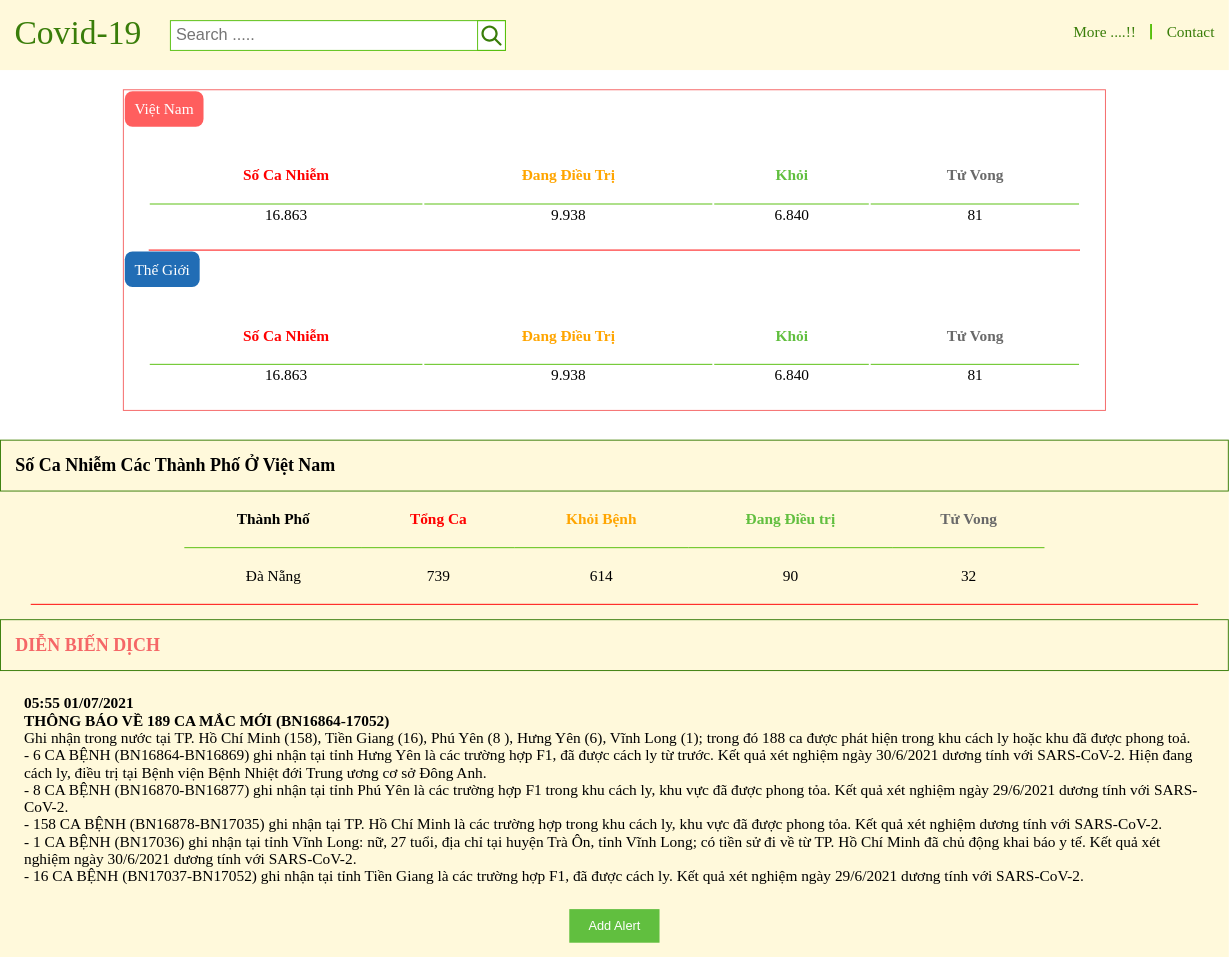
Repository: thuongton98/Covid
Page: html-css-js/index.html
These files come from the project's save history. The page is drawn as it stood at one moment and after the next save; the edit follows.
The browser window is 1280 px wide. The pictures show the whole page, at 96% of full size.

Above is the page before, as saved 2021-07-01 10:31:51.

### html-css-js/index.html
<!DOCTYPE html>
<html lang="en">
<head>
    <meta charset="UTF-8">
    <meta http-equiv="X-UA-Compatible" content="IE=edge">
    <meta name="viewport" content="width=device-width, initial-scale=1.0">

    <link rel="stylesheet" href="./styles.css">
    <script src="https://cdn.ckeditor.com/4.16.1/standard/ckeditor.js"></script>
    <title>Covid-19</title>
</head>
<body>
    <nav>
        <div class="icon">
            <div class="icon-i">Covid-19</div>
            <div class="icon-search">
                <input type="text" placeholder="Search .....">
                <svg fill="#000000" xmlns="http://www.w3.org/2000/svg"  viewBox="0 0 48 48" width="48px" height="48px"><path d="M 20.5 6 C 12.515556 6 6 12.515562 6 20.5 C 6 28.484438 12.515556 35 20.5 35 C 23.773158 35 26.788919 33.893018 29.220703 32.050781 L 38.585938 41.414062 A 2.0002 2.0002 0 1 0 41.414062 38.585938 L 32.050781 29.220703 C 33.893017 26.788918 35 23.773156 35 20.5 C 35 12.515562 28.484444 6 20.5 6 z M 20.5 10 C 26.322685 10 31 14.677319 31 20.5 C 31 23.295711 29.914065 25.820601 28.148438 27.697266 A 2.0002 2.0002 0 0 0 27.701172 28.144531 C 25.824103 29.912403 23.29771 31 20.5 31 C 14.677315 31 10 26.322681 10 20.5 C 10 14.677319 14.677315 10 20.5 10 z"/></svg>
            </div>

        </div>
        <ul class="nav-i">
            <li>More ....!!</li>
            <li>Contact</li>
        </ul>
    </nav>
    <section class="case">
        <div>
            <span>Việt Nam</span>
            <table>

                <tr>
                    <th>Số Ca Nhiễm</th>
                    <th>Đang Điều Trị</th>
                    <th>Khỏi</th>
                    <th>Tử Vong</th>
                </tr>
                <tr>
                    <td>16.863</td>
                    <td>9.938</td>
                    <td>6.840</td>
                    <td>81</td>
                </tr>

            </table>
           <div class="line"></div>
            <span class="word">Thế Giới</span>
            <table>
                <tr>
                    <th>Số Ca Nhiễm</th>
                    <th>Đang Điều Trị</th>
                    <th>Khỏi</th>
                    <th>Tử Vong</th>
                </tr>
                <tr>
                    <td>16.863</td>
                    <td>9.938</td>
                    <td>6.840</td>
                    <td>81</td>
                </tr>
            </table>
            </table>
        </div>
    </section>
    <section class="all-case">
        <h3>Số Ca Nhiễm Các Thành Phố Ở Việt Nam</h3>
        <div>
            <table>
                <tr>
                    <th>Thành Phố</th>
                    <th>Tổng Ca</th>
                    <th>Khỏi Bệnh</th>
                    <th>Đang Điều trị</th>
                    <th>Tử Vong</th>
                </tr>
                <tr>
                    <td>Đà Nẵng</td>
                    <td>739</td>
                    <td>614</td>
                    <td>90</td>
                    <td>32</td>
                </tr>
            </table>
        </div>
        <div class="line"></div>
    </section>
    <section class="alert">
        <h3>DIỄN BIẾN DỊCH</h3>
        <div>
            <h4>05:55 01/07/2021</h4>
            <h4>THÔNG BÁO VỀ 189 CA MẮC MỚI  (BN16864-17052)</h4>
            <p>Ghi nhận trong nước tại TP. Hồ Chí Minh (158), Tiền Giang (16), Phú Yên (8 ), Hưng Yên (6), Vĩnh Long (1); trong đó 188 ca được phát hiện trong khu cách ly hoặc khu đã được phong toả.</p>
            <p>- 6 CA BỆNH (BN16864-BN16869) ghi nhận tại tỉnh Hưng Yên là các trường hợp F1, đã được cách ly từ trước. Kết quả xét nghiệm ngày 30/6/2021 dương tính với SARS-CoV-2. Hiện đang cách ly, điều trị tại Bệnh viện Bệnh Nhiệt đới Trung ương cơ sở Đông Anh.</p>
            <p>- 8 CA BỆNH (BN16870-BN16877) ghi nhận tại tỉnh Phú Yên là các trường hợp F1 trong khu cách ly, khu vực đã được phong tỏa. Kết quả xét nghiệm ngày 29/6/2021 dương tính với SARS-CoV-2.</p>
            <p>- 158 CA BỆNH (BN16878-BN17035) ghi nhận tại TP. Hồ Chí Minh là các trường hợp trong khu cách ly, khu vực đã được phong tỏa. Kết quả xét nghiệm dương tính với SARS-CoV-2.            </p>
            <p>- 1 CA BỆNH (BN17036) ghi nhận tại tỉnh Vĩnh Long: nữ, 27 tuổi, địa chỉ tại huyện Trà Ôn, tỉnh Vĩnh Long; có tiền sử đi về từ TP. Hồ Chí Minh đã chủ động khai báo y tế. Kết quả xét nghiệm ngày 30/6/2021 dương tính với SARS-CoV-2.</p>
            <p>- 16 CA BỆNH (BN17037-BN17052) ghi nhận tại tỉnh Tiền Giang là các trường hợp F1, đã được cách ly. Kết quả xét nghiệm ngày 29/6/2021 dương tính với SARS-CoV-2.</p>
        </div>
       <button>Add Alert</button>
    </section>

</body>

</html>

### html-css-js/styles.css

*{
    padding: 0;
    margin: 0;
    box-sizing: border-box;
}



nav{
    background-color: #fff9db;
    display: flex;
    justify-content: space-between;
    padding:15px
}


nav .icon{
    display: flex;
}

nav .nav-i{
    display: flex;
}

nav .nav-i li{
    list-style: none;
    padding-right: 15px;
    padding-top:10px;
    color:#397d09;
    cursor: pointer;

}

nav .nav-i li:hover{
    color:#57bf0d;
}

nav .nav-i li:last-child{
    padding-right:0;
}

nav .nav-i li:after{
    content: '';
    border: 1px solid #57bf0d;
    margin-left:15px;
    font-size: 12px;
    position: relative;
    top:-2px;
}

nav .nav-i li:last-child::after{
    display: none;
}

nav .icon .icon-i{
    font-size: 35px;
    color: #397d09;
    cursor: pointer;
}

nav .icon .icon-search{
    margin-left:30px;
    position: relative;
   top:-5px;
}


nav .icon .icon-search input{
   padding: 5px;
   width: 350px;
   outline: none;
   border: none;
   font-size: 17px;
   border:1px solid #57bf0d;


}

nav .icon .icon-search svg{
    fill: #397d09;
    cursor: pointer;
    width: 30px;
    height: 32px;
    position: relative;
    border: 1px solid #57bf0d;
    position: relative;
    left: -34px;
    top:11px;
}

nav .icon .icon-search svg:hover{

    fill:#57bf0d
}

.case{
    padding-left: 10%;
    padding-right: 10%;
    padding-top:20px;
}

.case div{
    border: 1px solid #f56767;

}
.case .line, .all-case .line{
    border-top: 1px solid red;
    border-bottom: none;
    width: 95%;
    margin: 0 auto;
}
.case div table{
   padding: 25px;
   padding-top:40px;
    width: 100%;
}

.case div table td{
    text-align: center;
}

.case div table th:nth-child(1),.all-case table th:nth-child(2){
    color: red;
}

.case div table th:nth-child(2),.all-case table th:nth-child(3){
    color: orange;
}

.case div table th:nth-child(3),.all-case table th:nth-child(4){
    color: #61bf3f;
}

.case div table th:nth-child(4),.all-case table th:nth-child(5){
    color: #696969;
}

.case div span{
    background-color: #ff5e5e;
    padding:10px;
    position: relative;
    top:11px;
    left:1px;
    border-radius: 8px;
    color: #fff;
}

.case div .word{
    background-color: #216db5;

}

.all-case,.alert{
    background-color: #fff9db;
   padding-bottom:15px;
}
.all-case h3{
    border:1px solid #397d09;
    margin:0;
    padding:15px;
    margin-top:30px;

}
.all-case table{
    margin: 0 auto;
    width: 70%;
    border-collapse: collapse;
}
.all-case table td{
    text-align: center;
    padding:20px;
}

.all-case table tr,th{
    padding:20px;
  border-bottom: 1px solid #57bf0d;
}

.all-case table tr:last-child{
    border-bottom:none
}

.alert h3{
    border:1px solid #397d09;
    margin:0;
    padding:15px;
    color: #f56767;
}
.alert div{
    padding: 25px;
}

.alert button{
    border:none;
    padding:10px 20px;
    cursor: pointer;
    background-color: #61bf3f;
    color: #fff;
    margin: 0 auto;
    display: block;
}

After the next save:
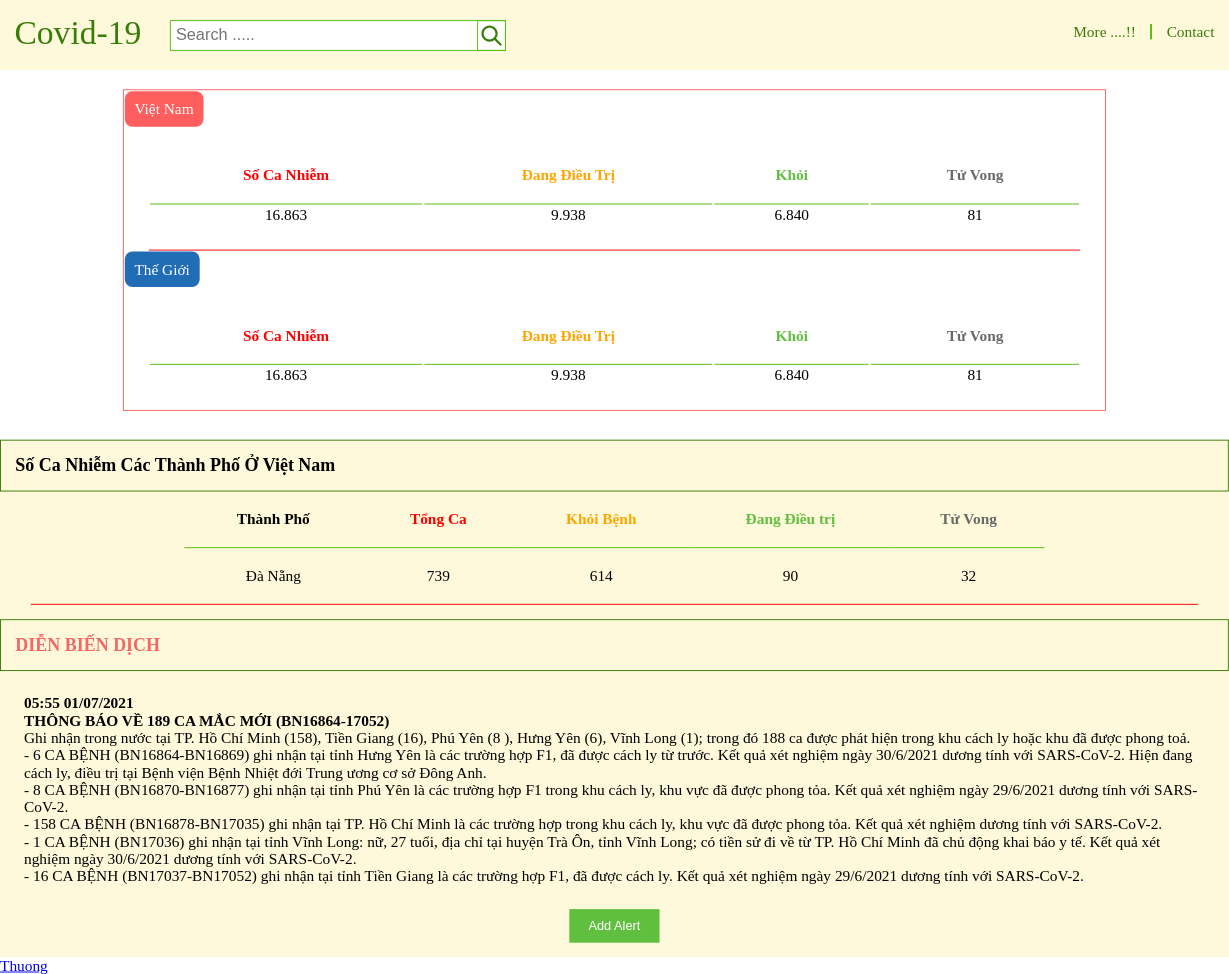
Saved 20 s later.
--- a/html-css-js/index.html
+++ b/html-css-js/index.html
@@ -98,7 +98,9 @@
         </div>
        <button>Add Alert</button>
     </section>
-
+    <footer>
+        <a href="/">Thuong</a>
+    </footer>
 </body>
 
 </html>
